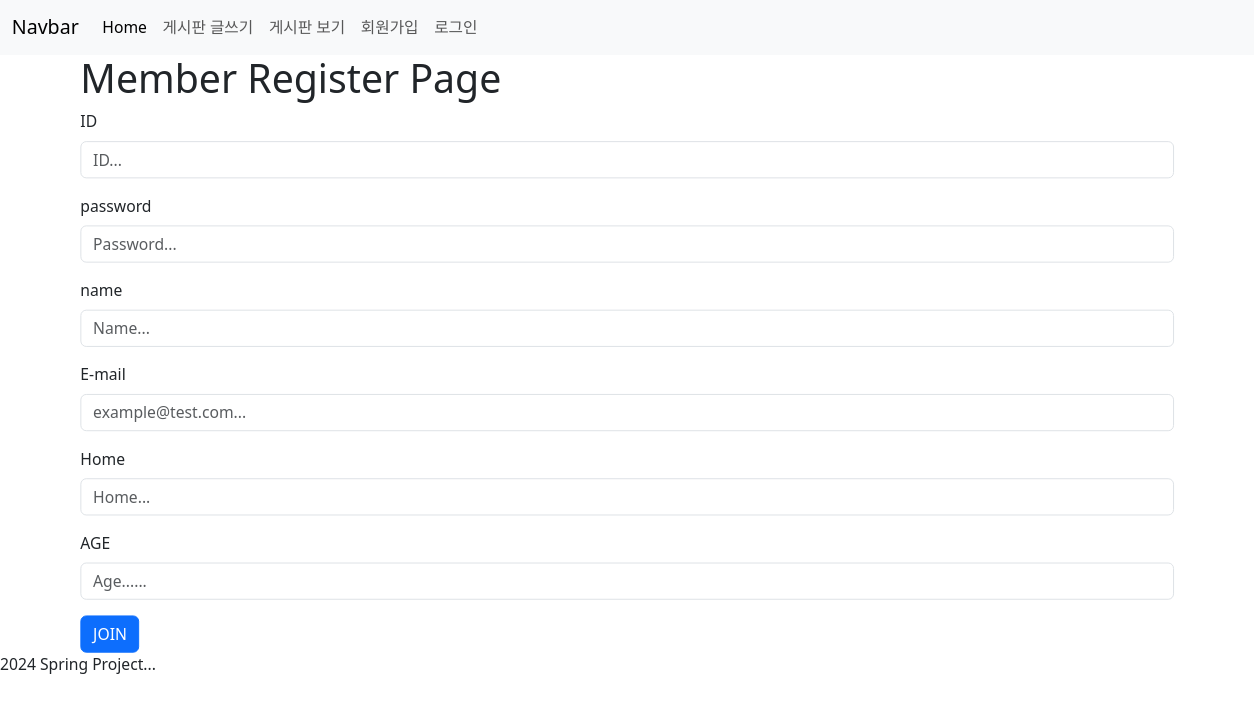
Repository: leegangjin/springTest240430
Page: http://localhost/spring_study/WEB-INF/views/member/modify.jsp
The author's editor kept a copy of each file at every save. The page is drawn from the files as they stood at one save, then again after the next save.
The browser window is 1280 px wide. The pictures show the whole page, at 98% of full size.
The page is served by Tomcat 9. Nobody is signed in. The template is opened directly, without the code that normally fills it, so the values that code supplies are empty.

Above is the page before, as saved 2024-04-25 09:06:49.

### spring_study/src/main/webapp/WEB-INF/views/member/modify.jsp
<%@ page language="java" contentType="text/html; charset=UTF-8"
	pageEncoding="UTF-8"%>

<jsp:include page="../layout/header.jsp" />
<div class="container-md">
	<h1>Member Register Page</h1>
	<form action="/member/register" method="post">
		<div class="mb-3">
			<label for="i" class="form-label">ID</label> <input
				type="text" class="form-control" name="id" id="i" value="${ses.id }"
				placeholder="ID...">
		</div>
		<div class="mb-3">
			<label for="p" class="form-label">password</label>
			<input type="password" class="form-control" name="pw" id="p"
				placeholder="Password...">
		</div>
		<div class="mb-3">
			<label for="n" class="form-label">name</label>
			<input type="text" class="form-control" name="name" id="n" value="${ses.name }"
				placeholder="Name...">
		</div>
		<div class="mb-3">
			<label for="e" class="form-label">E-mail</label>
			<input type="email" class="form-control" name="email" id="e" value="${ses.email }"
				placeholder="example@test.com...">
		</div>
		<div class="mb-3">
			<label for="h" class="form-label">Home</label>
			<input type="text" class="form-control" name="home" id="h" value="${ses.home }"
				placeholder="Home...">
		</div>
		<div class="mb-3">
			<label for="a" class="form-label">AGE</label>
			<input type="text" class="form-control" name="age" id="a" value="${ses.age }"
				placeholder="Age......">
		</div>


		<button type="submit" class="btn btn-primary">JOIN</button>
	</form>
</div>
<jsp:include page="../layout/footer.jsp" />

### spring_study/src/main/webapp/WEB-INF/views/layout/header.jsp
<%@ page language="java" contentType="text/html; charset=UTF-8"
    pageEncoding="UTF-8"%>
    <%@ taglib uri="http://java.sun.com/jsp/jstl/core" prefix="c"%>
<!DOCTYPE html>
<html>
<head>
<meta charset="UTF-8">
<title>header.jsp</title>
</head>
<link href="https://cdn.jsdelivr.net/npm/bootstrap@5.3.3/dist/css/bootstrap.min.css" rel="stylesheet" integrity="sha384-QWTKZyjpPEjISv5WaRU9OFeRpok6YctnYmDr5pNlyT2bRjXh0JMhjY6hW+ALEwIH" crossorigin="anonymous">
<script src="https://cdn.jsdelivr.net/npm/bootstrap@5.3.3/dist/js/bootstrap.bundle.min.js" integrity="sha384-YvpcrYf0tY3lHB60NNkmXc5s9fDVZLESaAA55NDzOxhy9GkcIdslK1eN7N6jIeHz" crossorigin="anonymous"></script>
<body>
<nav class="navbar navbar-expand-lg bg-body-tertiary">
  <div class="container-fluid">
    <a class="navbar-brand" href="#">Navbar</a>
    <button class="navbar-toggler" type="button" data-bs-toggle="collapse" data-bs-target="#navbarSupportedContent" aria-controls="navbarSupportedContent" aria-expanded="false" aria-label="Toggle navigation">
      <span class="navbar-toggler-icon"></span>
    </button>
    <div class="collapse navbar-collapse" id="navbarSupportedContent">
      <ul class="navbar-nav me-auto mb-2 mb-lg-0">
        <li class="nav-item">
          <a class="nav-link active" aria-current="page" href="/index/">Home</a>
        </li>
        <li class="nav-item">
          <a class="nav-link" href="/board/register">게시판 글쓰기</a>
        </li>
        <li class="nav-item">
          <a class="nav-link" href="/board/list">게시판 보기</a>
        </li>
        <li class="nav-item">
          <a class="nav-link" href="/member/register">회원가입</a>
        </li>

         <c:if test="${ses.id eq null}">


        <li class="nav-item">
          <a class="nav-link" href="/member/login">로그인</a>
        </li>
        </c:if>
           <c:if test="${ses.id ne null}">
        <li class="nav-item">
          <a class="nav-link" href="/member/logout">로그아웃</a>
        </li>
        <li class="nav-item">
          <a class="nav-link" href="/member/modify">${ses.id }( ${ses.email }) welcome!</a>
        </li>
         </c:if>








        </ul>
    </div>
  </div>
</nav>

### spring_study/src/main/webapp/WEB-INF/views/layout/footer.jsp
<%@ page language="java" contentType="text/html; charset=UTF-8"
	pageEncoding="UTF-8"%>
<!DOCTYPE html>
<html>
<head>
<meta charset="UTF-8">



<div class="mb-3" >2024 Spring Project...</div>
</body>
</html>

After the next save:
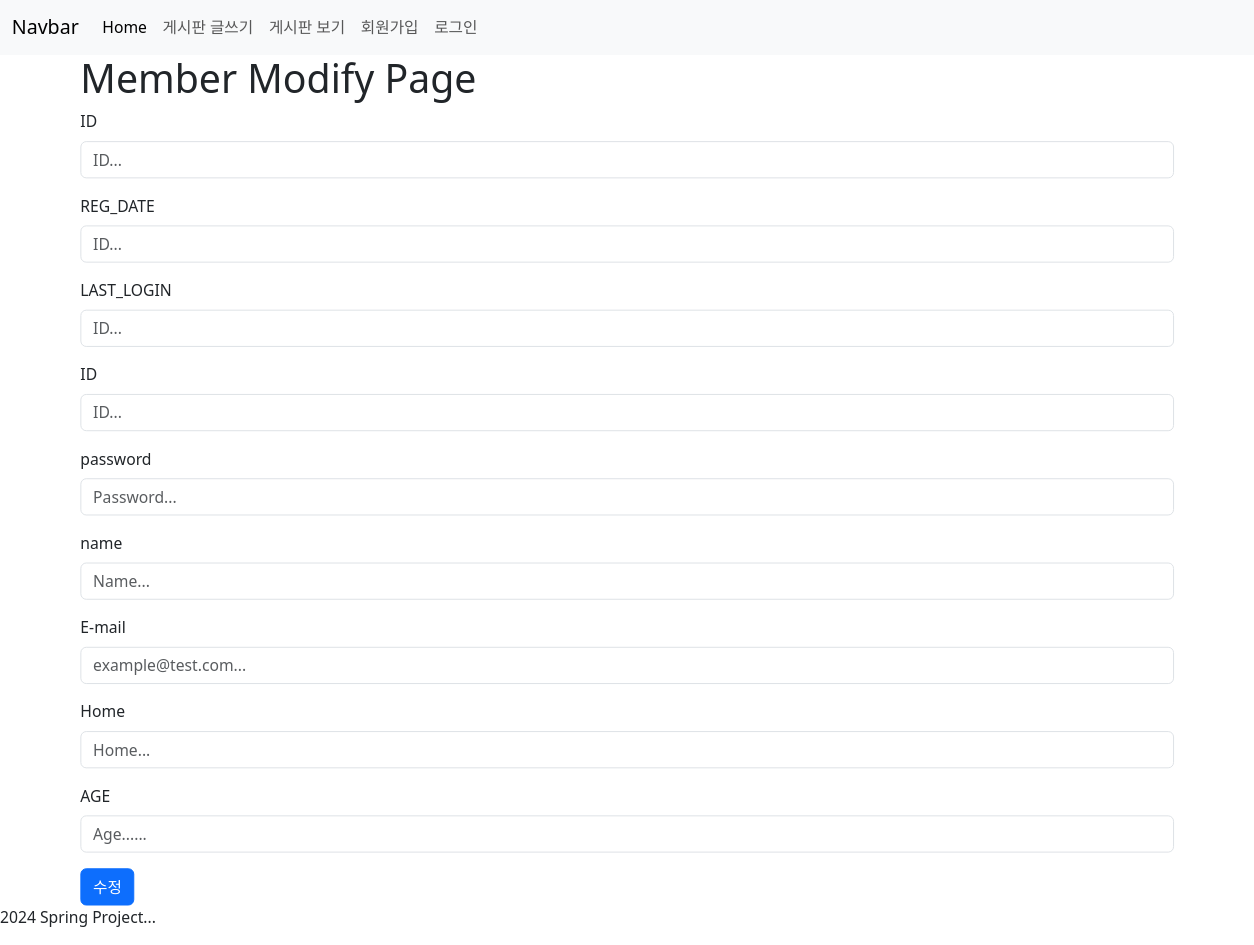
Saved 68 s later.
--- a/spring_study/src/main/webapp/WEB-INF/views/member/modify.jsp
+++ b/spring_study/src/main/webapp/WEB-INF/views/member/modify.jsp
@@ -3,8 +3,23 @@
 
 <jsp:include page="../layout/header.jsp" />
 <div class="container-md">
-	<h1>Member Register Page</h1>
+	<h1>Member Modify Page</h1>
 	<form action="/member/register" method="post">
+		<div class="mb-3">
+			<label for="i" class="form-label">ID</label> <input
+				type="text" class="form-control" name="id" id="i" value="${ses.id }"
+				placeholder="ID...">
+		</div>
+		<div class="mb-3">
+			<label for="i" class="form-label">REG_DATE</label> <input
+				type="text" class="form-control" name="id" id="i" value="${ses.id }"
+				placeholder="ID...">
+		</div>
+		<div class="mb-3">
+			<label for="i" class="form-label">LAST_LOGIN</label> <input
+				type="text" class="form-control" name="id" id="i" value="${ses.id }"
+				placeholder="ID...">
+		</div>
 		<div class="mb-3">
 			<label for="i" class="form-label">ID</label> <input
 				type="text" class="form-control" name="id" id="i" value="${ses.id }"
@@ -37,7 +52,7 @@
 		</div>
 
 
-		<button type="submit" class="btn btn-primary">JOIN</button>
+		<button type="submit" class="btn btn-primary">수정</button>
 	</form>
 </div>
 <jsp:include page="../layout/footer.jsp" />
